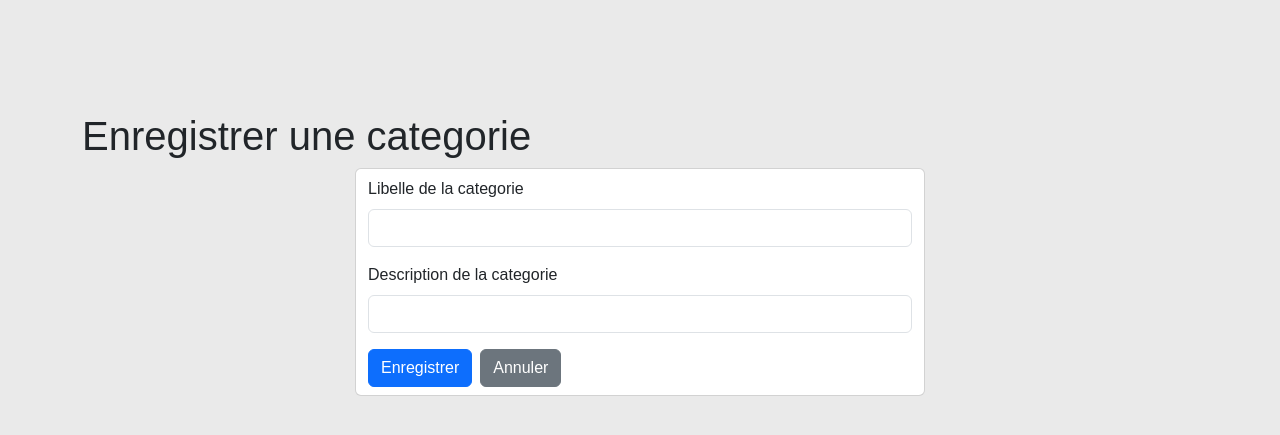
Repository: abdoulkarim20/model-gestion-produit-java-react
Page: /create-categorie
The author's editor kept a copy of each file at every save. The page is drawn from the files as they stood at one save, then again after a run of saves.
The browser window is 1280 px wide. The pictures show the whole page.
The project was rebuilt for these pictures with package versions that can differ from the ones it lists, and the page was loaded fresh each time. Also part of the build but not shown: vite.config.ts, src/components/categories/CategorieTable.tsx.

Above is the page before, as saved 2024-07-20 03:09:04.

After the next 2 saves:
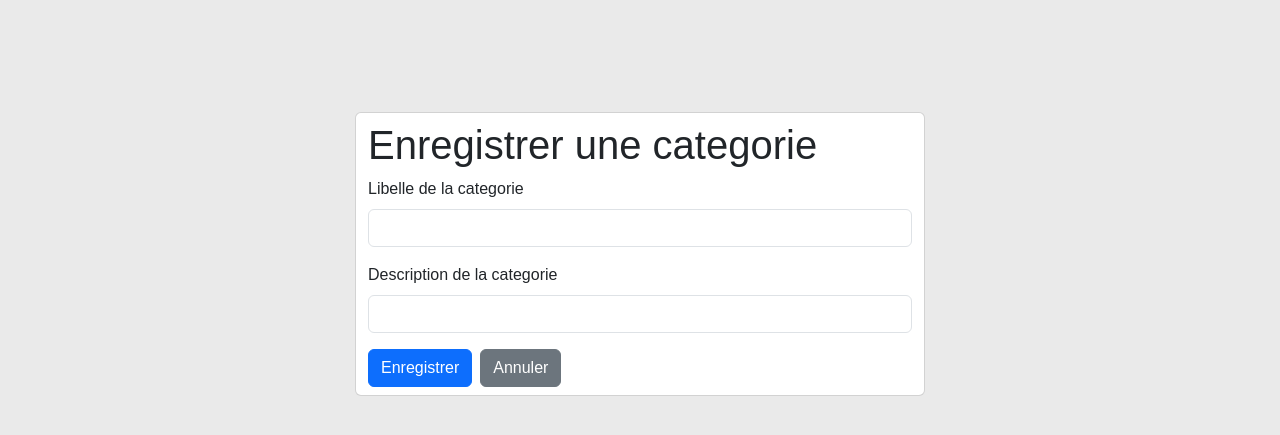
The 2 saves are shown as one change because they came seconds apart.
The last was saved 16 s later.
--- a/src/components/categories/CategorieForm.tsx
+++ b/src/components/categories/CategorieForm.tsx
@@ -31,8 +31,9 @@ export default function CategorieForm() {
         <>
             <div className="container">
                 <div className="row">
+
+                    <div className="col-md-6 offset-md-3 card py-2">
                     <h1>Enregistrer une categorie</h1>
-                    <div className="col-md-6 offset-md-3 card py-2">
                         <form className="form-style">
                             <div className="mb-3">
                                 <label htmlFor="exampleInputEmail1" className="form-label">Libelle de la categorie</label>
